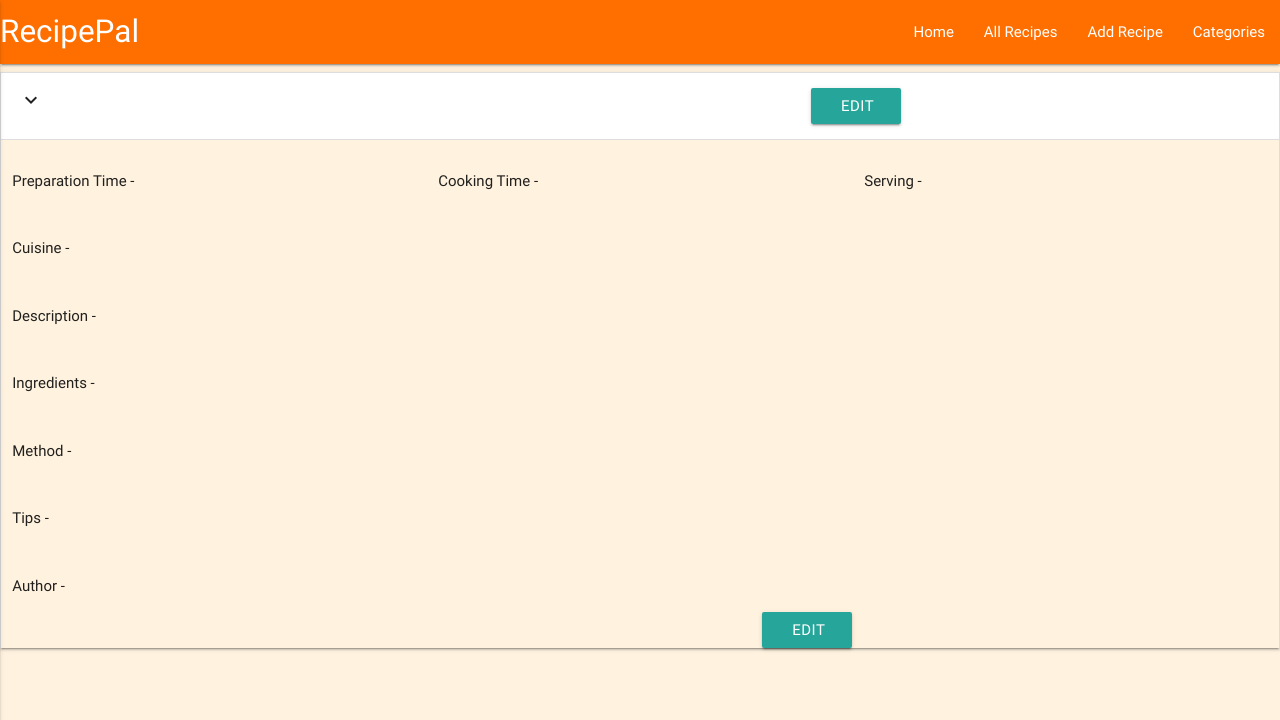
Repository: darhewitt/recipe-app-gp
Page: templates/readrecipe.html
The author's editor kept a record of every edit. The page is drawn from the files as they stood at one moment, then again after the next edit.
The browser window is 1280 px wide. The pictures show the whole page.
Some web libraries are served in a nearby version. The page is served by the project's application, run on Flask 3 (app.py). The template is opened directly, without the code that normally fills it, so the values that code supplies are empty.

Above is the page before.

### templates/readrecipe.html
{% extends 'base.html'%} {% block content %}

<ul class="collapsible">
    <li>
        <div class="collapsible-header">
            <div class="col s6">
                <i class="material-icons">expand_more</i>{{recipe.recipe_name}}
            </div>
            <div class="col 6">
                <a href="{{url_for('edit_recipe', recipe_id=recipe._id)}}" class="waves-effect waves-light right edit-button btn">Edit</a>
            </div>
        </div>
        <div class="row">
            <div class="input-field col s4">
                <p>Preparation Time - {{recipe.preparation_time}}
                </p>
            </div>
            <div class="input-field col s4">
                <p>Cooking Time - {{recipe.cooking_time}}
                </p>
            </div>
            <div class="input-field col s4">
                <p>Serving - {{recipe.serving}}
                </p>
            </div>
            <div class="input-field col s12">
                <p>Cuisine - {{recipe.cuisine_name}}
                </p>
            </div>
            <div class="input-field col s12">
                <p>Description - {{recipe.recipe_description}}
                </p>
            </div>
            <div class="input-field col s12">
                <p>Ingredients -{{recipe.ingredients}}
                </p>
            </div>
            <div class="input-field col s12">
                <p>Method -{{recipe.method}}
                </p>
            </div>
            <div class="input-field col s12">
                <p>Tips -{{recipe.tips}}
                </p>
            </div>
            <div class="input-field col s12">
                <p>Author -{{recipe.username}}
                </p>
            </div>
            <div class="col 6">
                <a href="{{url_for('edit_recipe', recipe_id=recipe._id)}}" class="waves-effect waves-light right edit-button btn">Edit</a>
            </div>
        </div>
    </li>
</ul>
</form>
</div>
{% endblock %}

### templates/base.html
<!DOCTYPE html>
<html>

<head>
    <link href="{{url_for('static', filename='css/style.css')}}" type="text/css" rel="stylesheet" media="screen,projection" />
    <link href="https://fonts.googleapis.com/icon?family=Material+Icons" rel="stylesheet">
    <link rel="stylesheet" href="https://cdnjs.cloudflare.com/ajax/libs/materialize/0.100.2/css/materialize.min.css">
</head>

<header>
    <nav class="amber darken-4">
        <div class="nav-wrapper">
            <a href="{{url_for('get_recipes')}}" class="brand-logo">RecipePal</a>
            <a href="" data-activates="mobile-demo" class="button-collapse"><i class="material-icons">menu</i></a>
            <ul id="nav-mobile" class="right hide-on-med-and-down">

                <li><a href="{{url_for('get_recipes')}}">Home</a></li>
                <li><a href="{{url_for('get_all_recipes')}}">All Recipes </a></li>
                <li><a href="{{url_for('add_recipe')}}">Add Recipe</a></li>
                <li><a href="{{url_for('get_categories')}} ">Categories</a></li>


            </ul>
            <ul class="side-nav" id="mobile-demo">
                <li><a href="{{url_for('get_recipes')}}">Home</a></li>
                <li><a href="{{url_for('get_all_recipes')}}">All Recipes </a></li>
                <li><a href="{{url_for('add_recipe')}}">Add Recipe</a></li>
                <li><a href="{{url_for('get_categories')}} ">Categories</a></li>

            </ul>
        </div>
    </nav>
</header>

<body>
    {% block content %} {% endblock %}
    <script src="https://cdnjs.cloudflare.com/ajax/libs/jquery/3.2.1/jquery.min.js "></script>
    <script src="https://cdnjs.cloudflare.com/ajax/libs/materialize/0.100.2/js/materialize.min.js "></script>
    <script type="text/javascript ">
        $(document).ready(function() {
            $('.collapsible').collapsible();
            $('select').material_select();
            $('.materialboxed').materialbox();
            $('.parallax').parallax();
            $(".button-collapse").sideNav();
        });
    </script>
</body>

</html>

### app.py
import os
from flask import Flask, render_template, redirect, request, url_for
from flask_pymongo import PyMongo
from bson.objectid import ObjectId

app = Flask(__name__)
app.config["MONGO_DBNAME"] = 'recipes_app'
app.config["MONGO_URI"] = 'mongodb://dhewitt:Apple1991@myfirstcluster-shard-00-00-t0occ.mongodb.net:27017,myfirstcluster-shard-00-01-t0occ.mongodb.net:27017,myfirstcluster-shard-00-02-t0occ.mongodb.net:27017/recipes_app?ssl=true&replicaSet=myFirstCluster-shard-0&authSource=admin&retryWrites=true&w=majority'

mongo = PyMongo(app)


@app.route('/')
@app.route('/get_recipes')
def get_recipes():
    return render_template("recipes.html", recipes=mongo.db.recipes.find())

@app.route('/add_recipe')
def add_recipe():
    return render_template('addrecipe.html',
    cuisine=mongo.db.cuisine.find())

@app.route('/insert_recipe', methods=['POST'])
def insert_recipe():
    recipes = mongo.db.recipes
    recipes.insert_one(request.form.to_dict())
    return redirect(url_for('get_recipes'))

@app.route('/edit_recipe/<recipe_id>')
def edit_recipe(recipe_id):
    the_recipe = mongo.db.recipes.find_one({"_id": ObjectId(recipe_id)})
    all_cuisine = mongo.db.cuisine.find()
    return render_template('editrecipe.html', recipe=the_recipe, cuisine=all_cuisine)


if __name__ == '__main__':
    app.run(host=os.environ.get('IP'),
            port=int(os.environ.get('PORT')),
            debug=True)

### static/css/style.css
.edit-button {
    height: 24px;
    width: 90px;
    margin: 5px 5 px;
    padding: 0 0 5em;
}

.parallax-container {
    min-height: 300px;
    line-height: 0;
    height: auto;
    color: rgba(255, 255, 255, .9);
}

.parallax-container .section {
    width: 100%;
}

@media only screen and (max-width: 992px) {
    .parallax-container .section {
        position: absolute;
        top: 30%;
    }
    #index-banner .section {
        top: 10%;
    }
}

@media only screen and (max-width: 600px) {
    #index-banner .section {
        top: 0;
    }
}

.btn_small {
    height: 24px;
    width: 60px;
    line-height: 24px;
    margin: 5px 5px;
    padding: 0 0.5em;
}

.task_header {
    margin-top: 10px;
    margin-left: 30px;
}

.btn.btn_small {
    padding: 0 0 0;
}

.edit-button {
    margin-left: 50em;
}

.title {
    font-size: xx-large
}

body {
    background-color: #fff3e0;
}

After the next edit:
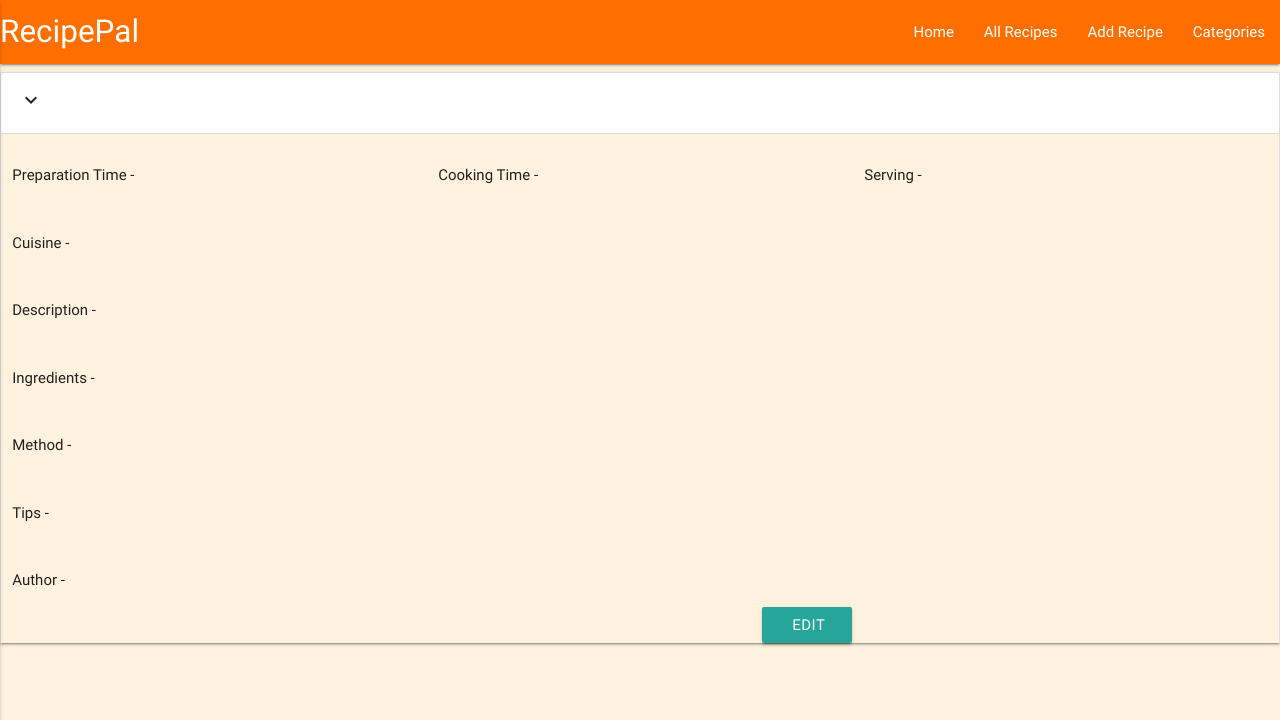
The edit:
--- a/templates/readrecipe.html
+++ b/templates/readrecipe.html
@@ -5,9 +5,6 @@
         <div class="collapsible-header">
             <div class="col s6">
                 <i class="material-icons">expand_more</i>{{recipe.recipe_name}}
-            </div>
-            <div class="col 6">
-                <a href="{{url_for('edit_recipe', recipe_id=recipe._id)}}" class="waves-effect waves-light right edit-button btn">Edit</a>
             </div>
         </div>
         <div class="row">
